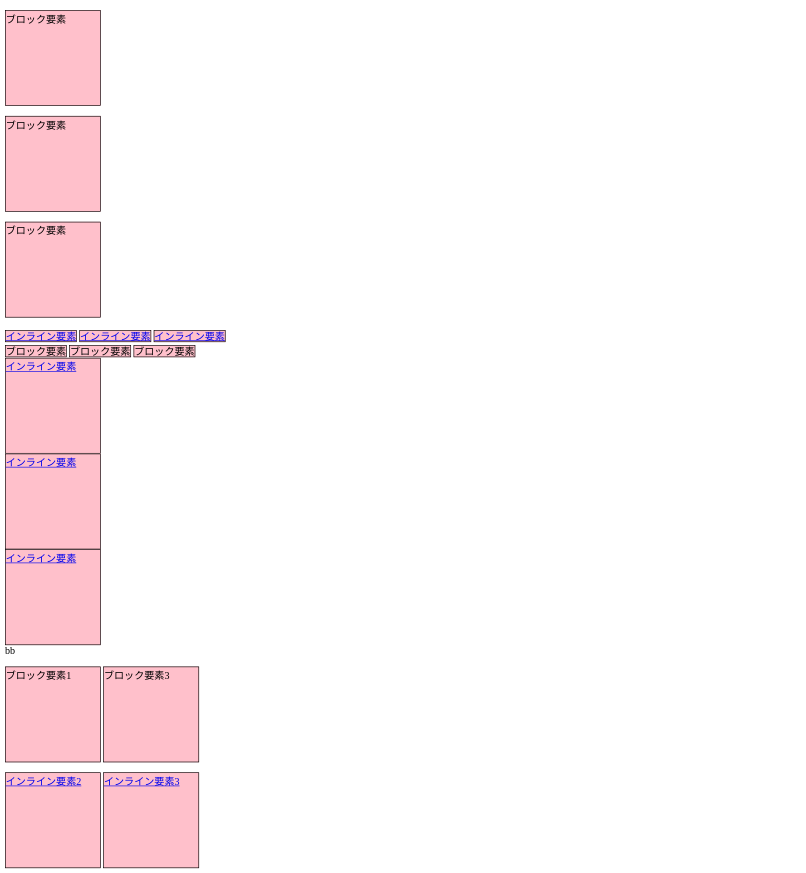
Repository: syokaturyou/potepan
Page: index4.html
The author's editor kept a record of every edit. The page is drawn from the files as they stood at one moment, then again after the next edit.
The browser window is 1280 px wide. The pictures show the whole page, at 63% of full size.

Above is the page before.

After the next edit:
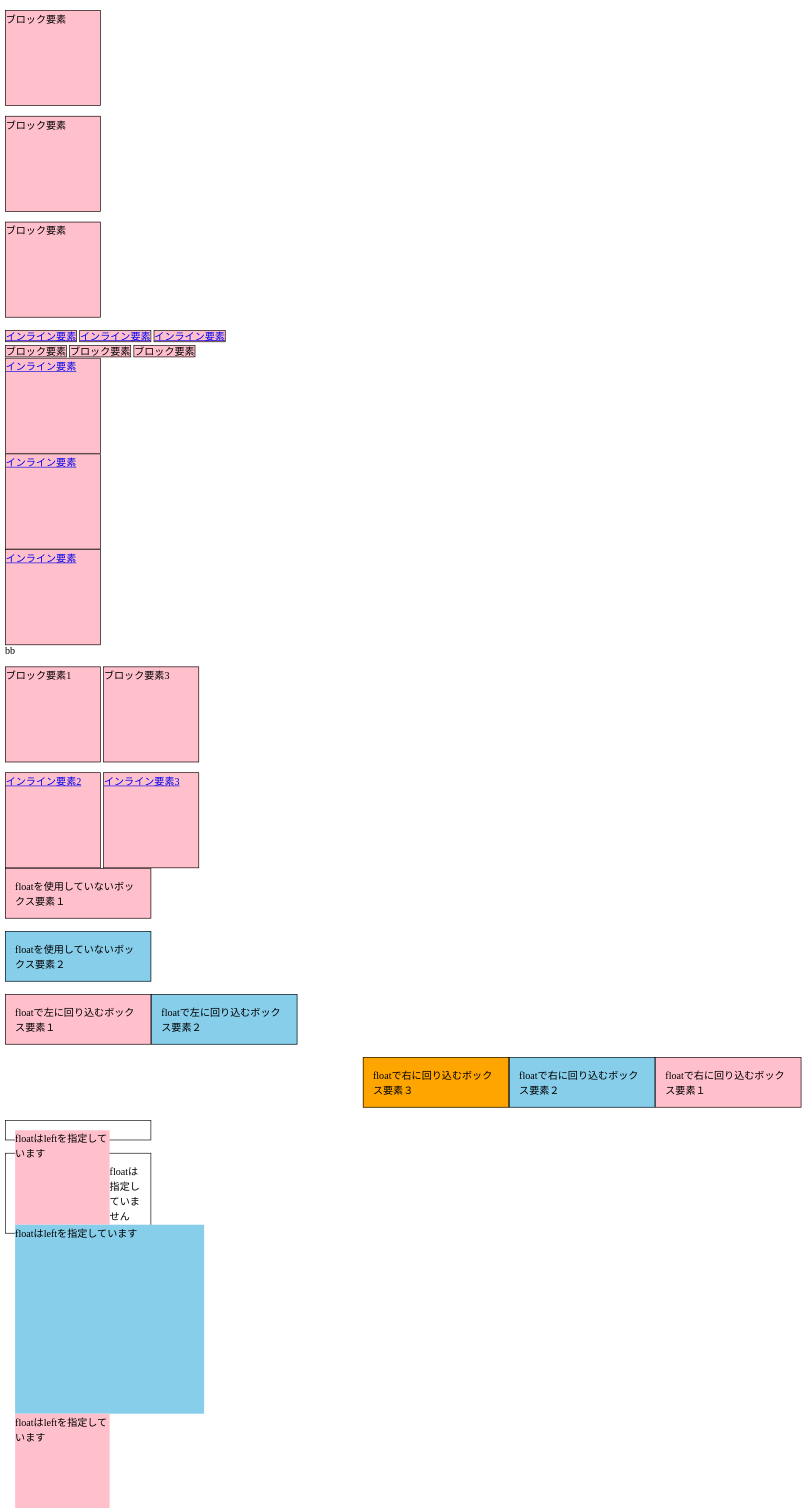
The edit:
--- a/index4.html
+++ b/index4.html
@@ -56,5 +56,36 @@
       <a href="#" class="inline_sampleC">インライン要素3</a>
     </div>
 
+      <!-- floatを指定しない -->
+    <div>
+      <div class="box no_float1">floatを使用していないボックス要素１</div>
+      <div class="box no_float2">floatを使用していないボックス要素２</div>
+    </div>
+
+    <!-- floatで左に回り込ませる -->
+    <div>
+      <div class="box left1">floatで左に回り込むボックス要素１</div>
+      <div class="box left2">floatで左に回り込むボックス要素２</div>
+    </div>
+    <div class="clear"></div>
+
+    <!-- floatで右に回り込ませる -->
+    <div>
+      <div class="box right1">floatで右に回り込むボックス要素１</div>
+      <div class="box right2">floatで右に回り込むボックス要素２</div>
+      <div class="box right3">floatで右に回り込むボックス要素３</div>
+    </div>
+    <div class="clear"></div>
+
+    <div class="box">
+      <div class="left_a">floatはleftを指定しています</div>
+      <div class="left_b">floatはleftを指定しています</div>
+    </div>
+
+    <div class="box">
+      <div class="left_a">floatはleftを指定しています</div>
+      <div class="left_c">floatは指定していません</div>
+    </div>
+
 </body>
 </html>
